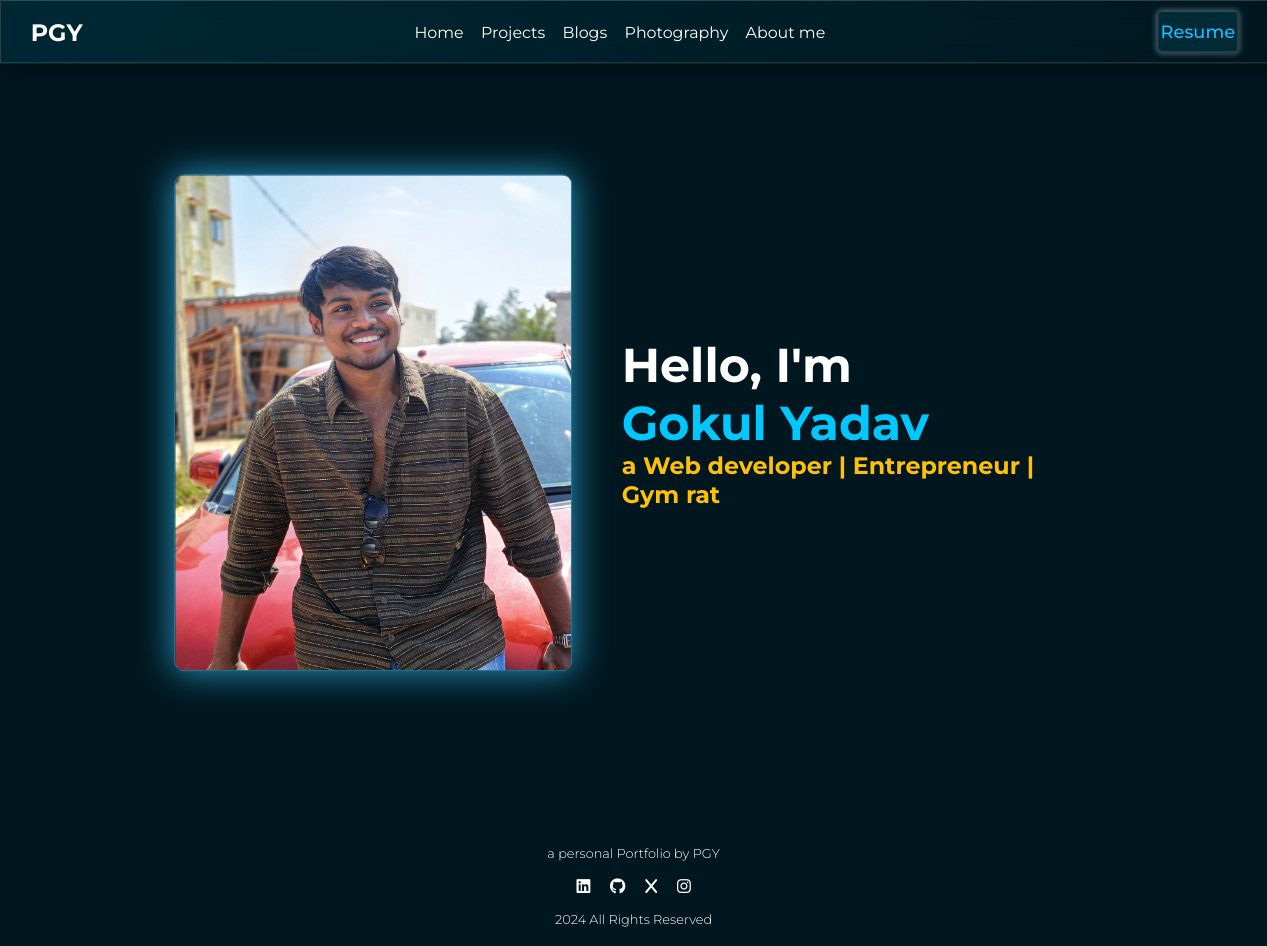
Repository: pgyunknown/pgyunknown
Page: index.html
An editor plug-in stored every save of this project. The page is shown before and after a run of saves, followed by the edit.
The browser window is 1280 px wide. The pictures show the whole page, at 99% of full size.
Some web libraries are served in a nearby version.

Above is the page before, as saved 2024-08-15 18:15:23.

After the next 4 saves:
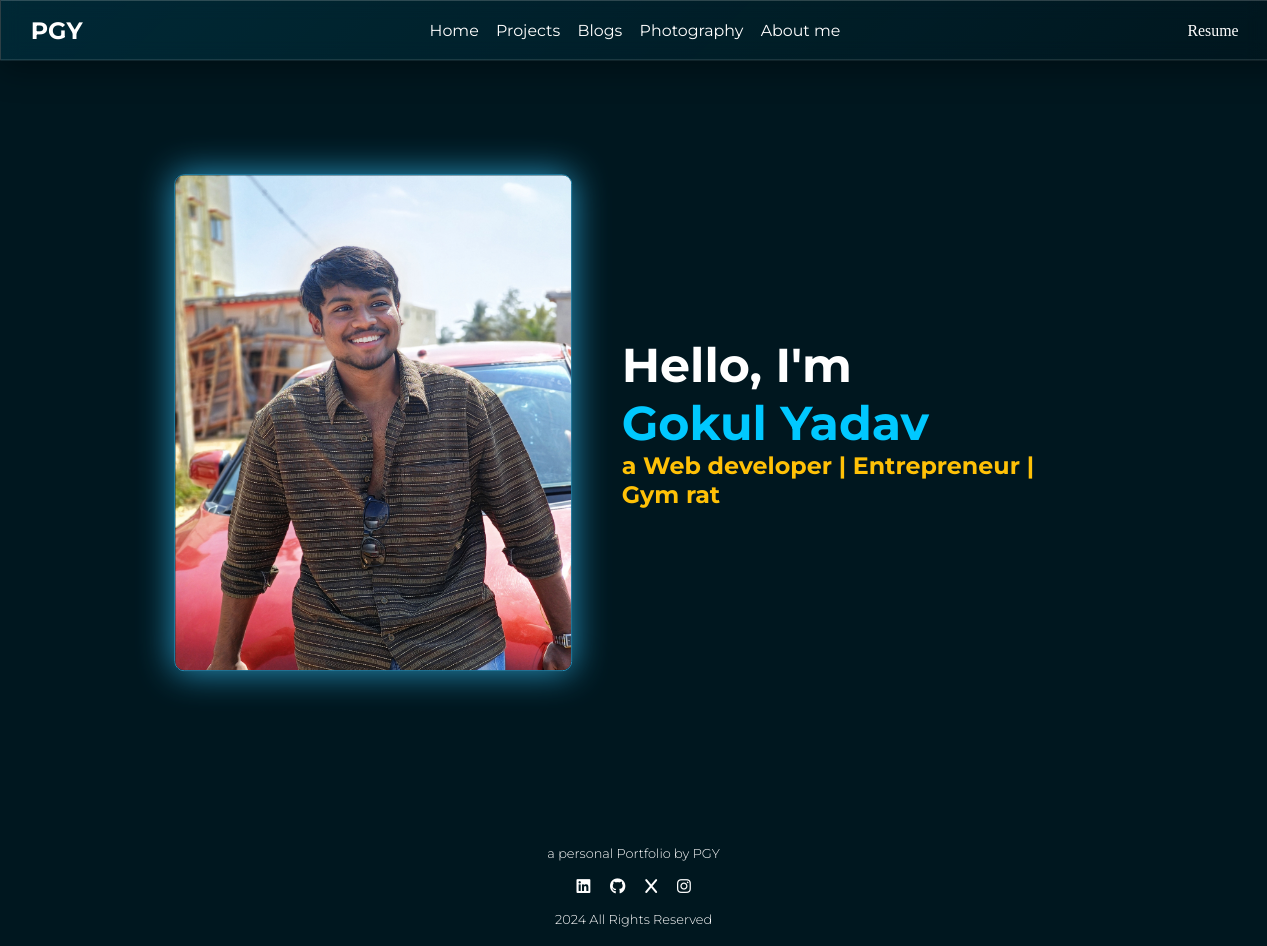
The 4 saves are shown as one change because they came seconds apart.
The last was saved 28 s later.
--- a/index.html
+++ b/index.html
@@ -25,7 +25,7 @@
                 </div>
             </nav>
         <div class="resume_con">
-                <button>Resume</button>
+                <a href="#">Resume</a>
         </div>
     </header>
     <main>

After the 3 saves that followed:
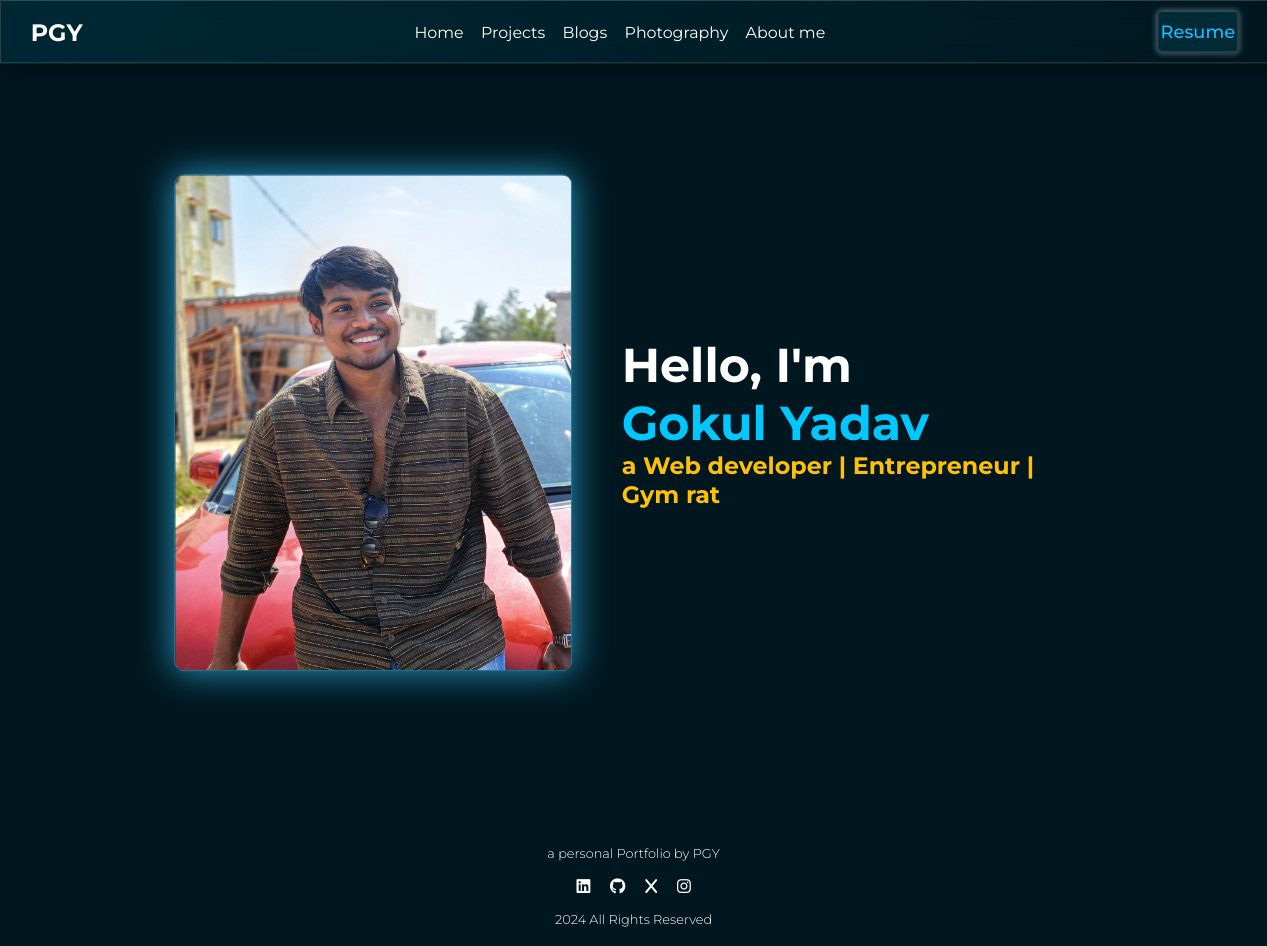
The 3 saves are shown as one change because they came seconds apart.
The last was saved 9 s later.
--- a/index.html
+++ b/index.html
@@ -25,7 +25,7 @@
                 </div>
             </nav>
         <div class="resume_con">
-                <a href="#">Resume</a>
+                <button>Resume</button>
         </div>
     </header>
     <main>
